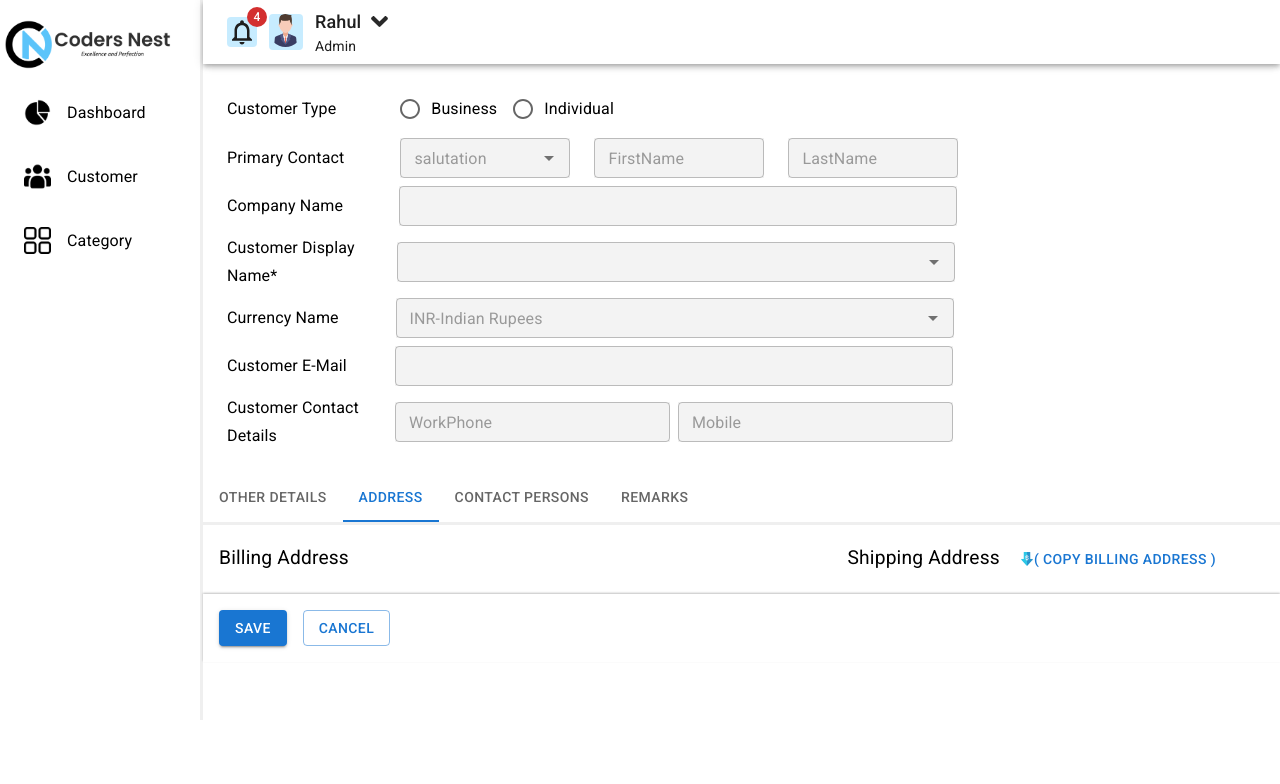
Repository: wajahadalishaik04/CN_Books
Page: /newcustomer, after clicking the first element matching `div.MuiTabs-list > :nth-child(2)`
An editor plug-in stored every save of this project. The page is shown before and after the next save, followed by the edit.
The browser window is 1280 px wide. The pictures show the whole page.
The project was rebuilt for these pictures with package versions that can differ from the ones it lists, and the page was loaded fresh each time. Also part of the build but not shown: vite.config.js, src/pages/LoginScreen.jsx, src/pages/Signin.jsx, src/pages/OtpScreen.jsx, src/pages/SignUp.jsx, src/pages/VerifyScreen.jsx, src/components/Content.jsx, src/pages/DashboardScreen.jsx and 4 more.

Above is the page before, as saved 2024-09-18 01:18:35.

### index.html
<!DOCTYPE html>
<html lang="en">
  <head>
    <meta charset="UTF-8" />
    <link rel="preconnect" href="https://fonts.googleapis.com" />
    <link rel="preconnect" href="https://fonts.gstatic.com" crossorigin />
    <link
      rel="stylesheet"
      href="https://fonts.googleapis.com/css2?family=Roboto:wght@300;400;500;700&display=swap"
    />

    <meta name="viewport" content="width=device-width, initial-scale=1.0" />
    <title>CN_BOOKS</title>
  </head>
  <body>

    <div id="root"></div>
    <script type="module" src="/src/main.jsx"></script>
  </body>
</html>

### src/main.jsx
import { createRoot } from 'react-dom/client'
import App from './App.jsx'
import { Provider } from 'react-redux'
import store from './store/store.js'
import './styles/index.css'
createRoot(document.getElementById('root')).render(
 <Provider store={store}>
   <App />
 </Provider>
)

### src/App.jsx
import React from "react";
import LoginScreen from "./pages/LoginScreen";
import { BrowserRouter, Routes, Route, Navigate } from "react-router-dom";
import Signin from "./pages/Signin";
import { useSelector } from "react-redux";
import OtpScreen from "./pages/OtpScreen";
import SignUp from "./pages/SignUp";
import VerifyScreen from "./pages/VerifyScreen";
import DashboardScreen from "./pages/DashboardScreen";
import SideBar from "./components/SideBar";
import Header from "./components/Header";
import Customer from "./pages/Customer";
import WrapComponent from "./pages/WrapComponent";
import Category from "./pages/Category";
import NewCustomer from "./pages/customerscreens/NewCustomer";

const App = () => {
  const { user } = useSelector((e) => e.userReducer);
  return (
    <>
      <BrowserRouter>
        <Routes>
          <Route element={<WrapComponent />}>
            <Route path="/dashboardscreen" element={<DashboardScreen />} />
            <Route path="/customer" element={<Customer />} />
            <Route path="/category" element={<Category />} />
            <Route path="/newcustomer" element={<NewCustomer />} />

          </Route>
          <Route
            path="/"
            element={<Navigate to={user ? "/signin" : "/LoginScreen"} />}
          />
          <Route
            path="/signin"
            element={user ? <Navigate to={"/dashboardscreen"} /> : <Signin />}
          />
          <Route path="/loginscreen" element={<LoginScreen />} />
          <Route path="/otpscreen" element={<OtpScreen />} />
          <Route path="/signup" element={<SignUp />} />
          <Route path="/verifyscreen" element={<VerifyScreen />} />
        </Routes>
      </BrowserRouter>
    </>
  );
};

export default App;

### src/styles/index.css
*
{
    margin: 0;
    padding: 0;
    border: none;

}

### src/pages/WrapComponent.jsx
import { Box } from "@mui/material";
import React from "react";
import SideBar from "../components/SideBar";
import Header from "../components/Header";
import { Outlet } from "react-router-dom";

const WrapComponent = () => {
  return (
    <>
      <Box sx={{ display: "flex" }}>
        <SideBar />
        <Box flex={1}>
          <Header />
          <Outlet/>
        </Box>
      </Box>
    </>
  );
};

export default WrapComponent;

### src/pages/customerscreens/NewCustomer.jsx
import { BorderColor, CloudUpload } from "@mui/icons-material";
import {
  Box,
  Typography,
  Button,
  Tabs,
  Tab,
  FormControl,
  InputLabel,
  Select,
  MenuItem,
  TextField,
  RadioGroup,
  FormControlLabel,
  Radio,
  Autocomplete,
  styled,
  Checkbox,
} from "@mui/material";
import React, { useState } from "react";
import { Link } from "react-router-dom";
import { images } from "../../utils/ImgUtils";


const NewCustomer = () => {
  const StyledTextField = styled(TextField)({
    backgroundColor: "#F3F3F3",
    color: "#939393",

    "&:hover": {
      backgroundColor: "#F3F3F3",
    },
    "& .MuiOutlinedInput-root": {
      "&.Mui-focused": {
        backgroundColor: "#EBF9FF", // Focused background color
        borderColor: "#5BC4FA", // Focused border color
      },
    },
  });

  // customer Type Radio
  const [value, setValue] = React.useState("");
  const handleChange = (event) => {
    setValue(event.target.value);
  };
  // primary contact:salutaion Inputfield
  const salutationOpt = ["Salutation1", "Salutation2"];
  const salutationName = {
    options: salutationOpt,
    getOptionLabel: (option) => option,
  };
  // customer Display Name Inputfield
  const customerDisplayNameOpt = ["Usman", "Ameeruddin"];
  const customerDisplayName = {
    options: customerDisplayNameOpt,
    getOptionLabel: (option) => option,
  };
  // currency Name Inputfield
  const currencyNameOpt = ["INR-Indian Rupees", "USD-United State Dollar"];
  const currencyName = {
    options: currencyNameOpt,
    getOptionLabel: (option) => option,
  };

  // Gst Treatment Name Inputfield
  const GstTreatmentNameOpt = ["OFFLINE", "ONLINE"];
  const GstTreatmentName = {
    options: GstTreatmentNameOpt,
    getOptionLabel: (option) => option,
  };
  // place Of Supply Name Inputfield
  const placeofSupplyNameOpt = ["ANDHRAPRADESH", "GUJARAT", "TAMILNADU"];
  const placeofSupplyName = {
    options: placeofSupplyNameOpt,
    getOptionLabel: (option) => option,
  };
  // Tax Exempt Type Radio
  const [taxvalue, setTaxValue] = React.useState("");
  const taxhandleChange = (event) => {
    setTaxValue(event.target.value);
  };
  // payment Terms Inputfield
  const paymentTermsOpt = ["30days", "60days"];
  const paymentTerms = {
    options: paymentTermsOpt,
    getOptionLabel: (option) => option,
  };
  // portal Language Inputfield
  const portalLanguageOpt = ["English", "Hindi", "Tamil", "Urdu"];
  const portalLanguage = {
    options: portalLanguageOpt,
    getOptionLabel: (option) => option,
  };
  // documents upload
  const VisuallyHiddenInput = styled("input")({
    clip: "rect(0 0 0 0)",
    clipPath: "inset(50%)",
    height: 1,
    overflow: "hidden",
    position: "absolute",
    bottom: 0,
    left: 0,
    whiteSpace: "nowrap",
    width: 1,
  });

  // menu Tabs section
  const [tabsValue, setTabsValue] = useState(0);

  const handleTabChange = (event, newValue) => {
    setTabsValue(newValue);
  };

  return (
    <Box sx={{ display: "flex", height: "100vh" }}>
      <Box sx={{ flexGrow: 1 }}>
        <Box padding={3}>
          {/* Customer Type */}
          <Box sx={{ display: "flex", gap: 8, alignItems: "center" }}>
            <Typography>Customer Type</Typography>
            <FormControl>
              <RadioGroup row value={value} onChange={handleChange}>
                <FormControlLabel
                  value="Business"
                  control={<Radio />}
                  label="Business"
                />
                <FormControlLabel
                  value="Individual"
                  control={<Radio />}
                  label="Individual"
                />
              </RadioGroup>
            </FormControl>
          </Box>
          {/* primary Contact Input Field */}
          <Box
            sx={{
              display: "flex",
              mt: 1,
              alignItems: "center",
              gap: 7,
              fontWeight: 400,
            }}
          >
            <Typography variant="subtitle1">Primary Contact</Typography>
            <Box
              sx={{ display: "flex", justifyContent: "space-between", gap: 3 }}
            >
              <Autocomplete
                size="small"
                {...salutationName}
                id="salutationName"
                disableClearable
                renderInput={(params) => (
                  <StyledTextField
                    sx={{ width: 170 }}
                    size="small"
                    placeholder="salutation"
                    {...params}
                    variant="outlined"
                  />
                )}
              />
              <StyledTextField
                size="small"
                sx={{ width: 170 }}
                placeholder="FirstName"
              />
              <StyledTextField
                size="small"
                sx={{ width: 170 }}
                placeholder="LastName"
              />
            </Box>
          </Box>
          {/* company Name Input Field */}
          <Box
            sx={{
              display: "flex",
              mt: 1,
              alignItems: "center",
              gap: 7,
              fontWeight: 400,
            }}
          >
            <Typography variant="subtitle1">Company Name</Typography>
            <Box width={558}>
              <StyledTextField fullWidth size="small" />
            </Box>
          </Box>
          {/* customer Display Name Input Field  */}
          <Box
            sx={{
              display: "flex",
              mt: 1,
              alignItems: "center",
              gap: 5.3,
              fontWeight: 400,
            }}
          >
            <Typography variant="subtitle1">
              Customer Display<br></br> Name*
            </Typography>
            <Box width={558}>
              <Autocomplete
                size="small"
                {...customerDisplayName}
                id="customerDisplayName"
                disableClearable
                renderInput={(params) => (
                  <StyledTextField
                    fullWidth
                    size="small"
                    {...params}
                    variant="outlined"
                  />
                )}
              />
            </Box>
          </Box>
          {/* Currency Input Field */}
          <Box
            sx={{
              display: "flex",
              mt: 1,
              alignItems: "center",
              gap: 7.1,
              fontWeight: 400,
            }}
          >
            <Typography variant="subtitle1">Currency Name</Typography>
            <Box width={558}>
              <Autocomplete
                size="small"
                {...currencyName}
                id="currencyName"
                disableClearable
                renderInput={(params) => (
                  <StyledTextField
                    placeholder="INR-Indian Rupees"
                    fullWidth
                    size="small"
                    {...params}
                    variant="outlined"
                  />
                )}
              />
            </Box>
          </Box>
          {/* Customer E-mail Input Field */}
          <Box
            sx={{
              display: "flex",
              mt: 1,
              alignItems: "center",
              gap: 6,
              fontWeight: 400,
            }}
          >
            <Typography variant="subtitle1">Customer E-Mail</Typography>
            <Box width={558}>
              <StyledTextField fullWidth size="small" />
            </Box>
          </Box>
          {/* Customer Contact Details Input Field */}
          <Box
            sx={{
              display: "flex",
              mt: 1,
              alignItems: "center",
              gap: 4.5,
              fontWeight: 400,
            }}
          >
            <Typography variant="subtitle1">
              Customer Contact<br></br> Details
            </Typography>
            <Box width={558} display={"flex"} gap={1}>
              <StyledTextField
                size="small"
                sx={{ width: 279 }}
                placeholder="WorkPhone"
              />
              <StyledTextField
                size="small"
                sx={{ width: 279 }}
                placeholder="Mobile"
              />
            </Box>
          </Box>
        </Box>
        {/* Tab Section */}
        <Tabs
          sx={{ borderBottom: "3px solid #EFEFEF" }}
          value={tabsValue}
          onChange={handleTabChange}
        >
          <Tab label="Other Details" />
          <Tab label="Address" />
          <Tab label="Contact Persons" />
          <Tab label="Remarks" />
        </Tabs>
        {tabsValue === 0 && (
          <Box sx={{ padding: 2 }}>
            {/* GST Treatment */}
            <Box
              sx={{
                display: "flex",
                mt: 1,
                alignItems: "center",
                gap: 7.1,
                fontWeight: 400,
              }}
            >
              <Typography variant="subtitle1">Gst Treatment*</Typography>
              <Box width={558}>
                <Autocomplete
                  size="small"
                  {...GstTreatmentName}
                  id="GstTreatmentName"
                  disableClearable
                  renderInput={(params) => (
                    <StyledTextField
                      placeholder="Select a GST treatment"
                      fullWidth
                      size="small"
                      {...params}
                      variant="outlined"
                    />
                  )}
                />
              </Box>
            </Box>
            {/* Place of Supply */}
            <Box
              sx={{
                display: "flex",
                mt: 1,
                alignItems: "center",
                gap: 6,
                fontWeight: 400,
              }}
            >
              <Typography variant="subtitle1">Place of Supply*</Typography>
              <Box width={558}>
                <Autocomplete
                  size="small"
                  {...placeofSupplyName}
                  id="placeofSupplyName"
                  disableClearable
                  renderInput={(params) => (
                    <StyledTextField
                      required
                      fullWidth
                      size="small"
                      {...params}
                      variant="outlined"
                    />
                  )}
                />
              </Box>
            </Box>
            {/* pan Input field */}

            <Box
              sx={{
                display: "flex",
                mt: 1,
                alignItems: "center",
                gap: 17.3,
                fontWeight: 400,
              }}
            >
              <Typography variant="subtitle1">Pan</Typography>
              <Box width={558}>
                <StyledTextField fullWidth size="small" />
              </Box>
            </Box>
            {/* Tax Preference Input Field */}
            <Box sx={{ display: "flex", gap: 7, mt: 1, alignItems: "center" }}>
              <Typography>Tax Preference*</Typography>
              <FormControl>
                <RadioGroup row value={taxvalue} onChange={taxhandleChange}>
                  <FormControlLabel
                    value="Business"
                    control={<Radio />}
                    label="Taxable"
                  />
                  <FormControlLabel
                    value="Individual"
                    control={<Radio />}
                    label="Tax Exempt"
                  />
                </RadioGroup>
              </FormControl>
            </Box>
            {/* payment Terms input field */}
            <Box
              sx={{
                display: "flex",
                mt: 1,
                alignItems: "center",
                gap: 6.5,
                fontWeight: 400,
              }}
            >
              <Typography variant="subtitle1">Payment Terms</Typography>
              <Box width={558}>
                <Autocomplete
                  size="small"
                  {...paymentTerms}
                  id="paymentTerms"
                  disableClearable
                  renderInput={(params) => (
                    <StyledTextField
                      placeholder="Due on Receipt"
                      fullWidth
                      size="small"
                      {...params}
                      variant="outlined"
                    />
                  )}
                />
              </Box>
            </Box>
            {/* Enable portal Access */}
            <Box sx={{ display: "flex", gap: 8, mt: 1, alignItems: "center" }}>
              <Typography>Enable Portal?</Typography>
              <FormControlLabel
                sx={{ color: "#939393" }}
                control={<Checkbox />}
                label="Allow Portal access for this customer"
              />
            </Box>
            {/* Portal Language */}
            <Box
              sx={{
                display: "flex",
                mt: 1,
                alignItems: "center",
                gap: 6,
                fontWeight: 400,
              }}
            >
              <Typography variant="subtitle1">portal Language </Typography>
              <Box width={558}>
                <Autocomplete
                  size="small"
                  {...portalLanguage}
                  id="portalLanguage"
                  disableClearable
                  renderInput={(params) => (
                    <StyledTextField
                      placeholder="Select Portal Language"
                      fullWidth
                      size="small"
                      {...params}
                      variant="outlined"
                    />
                  )}
                />
              </Box>
            </Box>
            {/* Upload Documents */}
            <Box
              sx={{
                display: "flex",
                mt: 2,
                alignItems: "center",
                gap: 11,
                fontWeight: 400,
              }}
            >
              <Typography variant="subtitle1">Documents </Typography>
              <Box display={"flex"} flexDirection={"column"}>
                <Button
                  sx={{
                    width: 180,
                    backgroundColor: "#F3F3F3",
                    color: "#939393",
                  }}
                  component="label"
                  role={undefined}
                  variant="contained"
                  tabIndex={-1}
                  startIcon={<CloudUpload />}
                >
                  Upload files
                  <VisuallyHiddenInput
                    type="file"
                    onChange={(event) => console.log(event.target.files)}
                    multiple
                  />
                </Button>
                <Typography variant="caption" color="#939393">
                  You can upload the maximum of 3 files, 10MB each
                </Typography>
              </Box>
            </Box>
            {/* website url Document */}

            <Box
              sx={{
                display: "flex",
                mt: 1,
                alignItems: "center",
                gap: 10.5,
                fontWeight: 400,
              }}
            >
              <Typography variant="subtitle1">Documents</Typography>
              <Box width={558}>
                <StyledTextField
                  placeholder="Website Url"
                  type="url"
                  fullWidth
                  size="small"
                />
              </Box>
            </Box>
            {/* Department InputField */}
            <Box
              sx={{
                display: "flex",
                mt: 1.5,
                alignItems: "center",
                gap: 10,
                fontWeight: 400,
              }}
            >
              <Typography variant="subtitle1">Department</Typography>
              <Box width={558}>
                <StyledTextField

                  fullWidth
                  size="small"
                />
              </Box>
            </Box>
            {/* customer Owner */}
            <Box
              sx={{
                display: "flex",
                mt: 4,
                marginBottom:3,

                alignItems: "center",
                gap:5,
                fontWeight: 400,
              }}
            >
              <Typography variant="subtitle1">Customer Owner:</Typography>
              <Box  sx={{display:"flex", alignItems:"center"}}>
                <Typography color="#939393"  variant="caption">Assign a user as the customer owner to provide access only to the data of this customer.<Box component={Link} sx={{color:"#5BC4FA",textDecoration:"none"}}>Learn more</Box></Typography>
              </Box>
            </Box>
          </Box>
        )}
        {tabsValue === 1 && (
          <Box sx={{ padding: 2 }}>
           {/* Billing & shipping Address */}
           <Box sx={{display:"flex",justifyContent:"space-between"}}>
            <Typography variant="subtitle1"fontSize={"1.2rem"}>Billing Address</Typography>
            <Box sx={{display:"flex",paddingRight:5,gap:1.5}}>
            <Typography variant="subtitle1"fontSize={"1.2rem"}>Shipping Address</Typography>
           <Box component={Button} variant="text"> <img src={images.dollararrowicon} alt="" />(      Copy billing address    )</Box>

            </Box>
            </Box>

            </Box>
        )}
        {/* footerButtons */}
        <Box sx={{ display: "flex",p:2,boxShadow:"0 -1px 2px #00000040" }}>
          <Button variant="contained" sx={{ marginRight: 2 }}>
            Save
          </Button>
          <Button variant="outlined">Cancel</Button>
        </Box>
      </Box>
    </Box>
  );
};

export default NewCustomer;

Loaded but not shown: src/utils/ImgUtils.js (33 lines, source omitted); src/store/reducer.js (9 lines, source omitted); src/store/store.js (7 lines, source omitted); src/components/Header.jsx (82 lines, source omitted); src/components/SideBar.jsx (103 lines, source omitted)

After the next save:
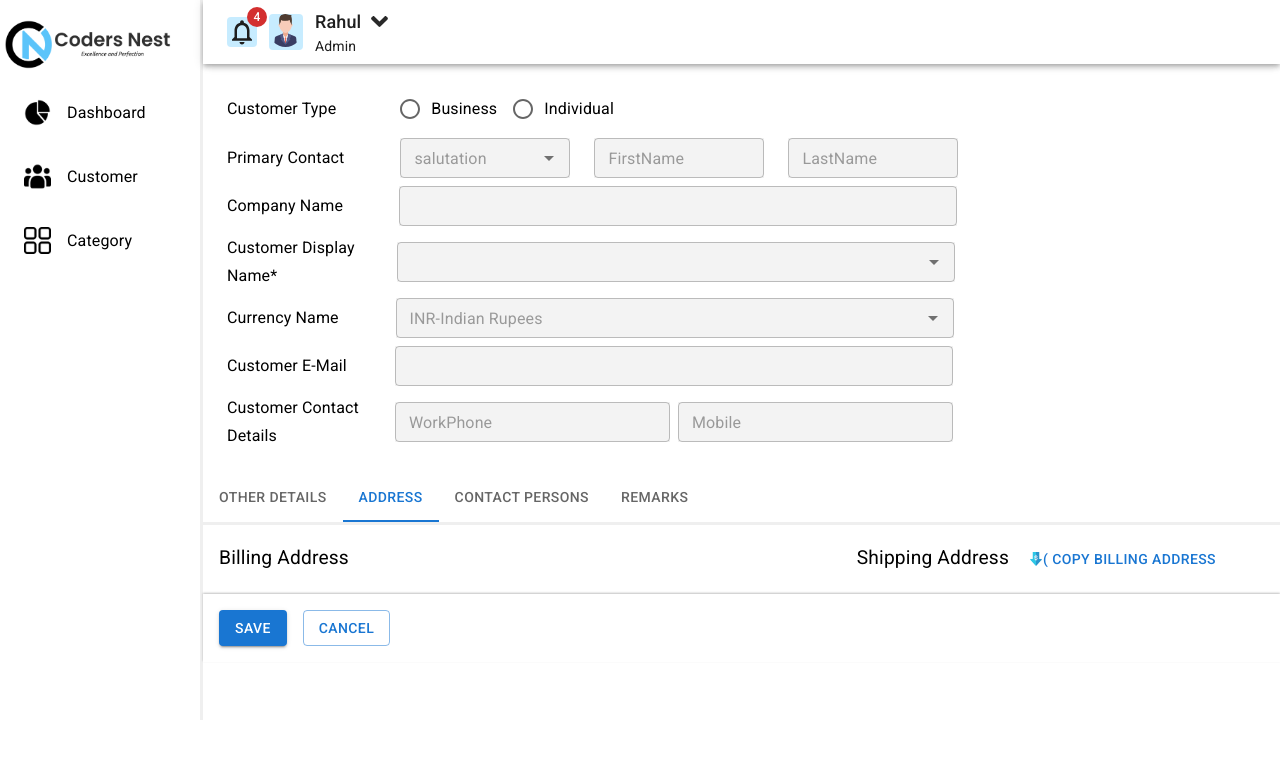
Saved 20 s later.
--- a/src/pages/customerscreens/NewCustomer.jsx
+++ b/src/pages/customerscreens/NewCustomer.jsx
@@ -564,7 +564,7 @@ const NewCustomer = () => {
             <Typography variant="subtitle1"fontSize={"1.2rem"}>Billing Address</Typography>
             <Box sx={{display:"flex",paddingRight:5,gap:1.5}}>
             <Typography variant="subtitle1"fontSize={"1.2rem"}>Shipping Address</Typography>
-           <Box component={Button} variant="text"> <img src={images.dollararrowicon} alt="" />(      Copy billing address    )</Box>
+           <Box component={Button} variant="text"> <img src={images.dollararrowicon} alt="" />(      Copy billing address </Box>
 
             </Box>
             </Box>
